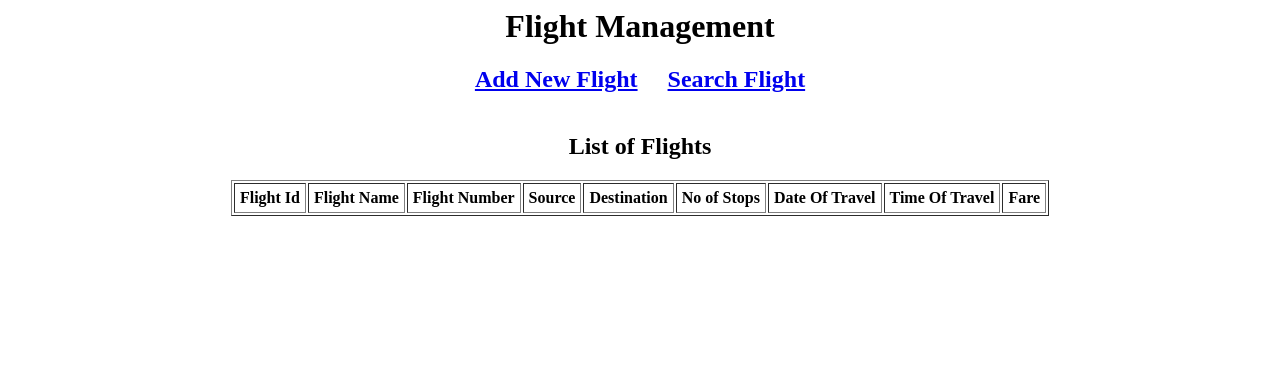
Repository: pawankas/Java_Mini_Project
Page: http://localhost/AirReservation/list
An editor plug-in stored every save of this project. The page is shown before and after the next save, followed by the edit.
The browser window is 1280 px wide. The pictures show the whole page.
The page is served by Tomcat 9. Other server files are loaded and not shown. Queries for data that is not in the repository find no rows.

Above is the page before, as saved 2022-03-17 17:22:46.

### Mini_Project_Java/AirReservation/WebContent/FlightList.jsp
<%@ page language="java" contentType="text/html; charset=UTF-8"
    pageEncoding="UTF-8"%>
<%@ taglib uri="http://java.sun.com/jsp/jstl/core" prefix="c" %>
<html>
<head>
    <title>Flight Reservation System</title>
</head>
<body>
    <center>
        <h1>Flight Management</h1>
        <h2>
            <a href="new">Add New Flight</a>
            &nbsp;&nbsp;&nbsp;

            <a href="search.jsp">Search Flight</a>

        </h2>
    </center>
    <div align="center">
        <table border="1" cellpadding="5">
            <caption><h2>List of Flights</h2></caption>
            <tr>
                <th>Flight Id</th>
                <th>Flight Name</th>
                <th>Flight Number</th>
                <th>Source</th>
                <th>Destination</th>
                <th>No of Stops</th>
                <th>Date Of Travel</th>
                <th>Time Of Travel</th>
                <th>Fare</th>
            </tr>
          <c:forEach var="flight" items="${FlightList}">

                                <tr>
                                    <td>
                                        <c:out value="${flight.flightId}" />
                                    </td>
                                    <td>
                                        <c:out value="${flight.flightName}" />
                                    </td>
                                    <td>
                                        <c:out value="${flight.flightNumber}" />
                                    </td>
                                    <td>
                                        <c:out value="${flight.source}" />
                                    </td>
                                    <td>
                                        <c:out value="${flight.destination}" />
                                    </td>
                                    <td>
                                        <c:out value="${flight.noOfStops}" />
                                    </td>
                                    <td>
                                        <c:out value="${flight.date}" />
                                    </td>
                                    <td>
                                        <c:out value="${flight.time}" />
                                    </td>
                                    <td>
                                        <c:out value="${flight.price}" />
                                    </td>
                                    <td><a href="edit?flightId=<c:out value='${flight.flightId}' />">Edit</a> &nbsp;&nbsp;&nbsp;&nbsp; <a href="delete?flightId=<c:out value='${flight.flightId}' />">Delete</a></td>
                                </tr>
                            </c:forEach>

        </table>
    </div>
</body>
</html>

### Mini_Project_Java/AirReservation/src/com/cybage/controller/FlightControllerServlet.java
package com.cybage.controller;

import java.io.IOException;
import java.io.PrintWriter;
import java.sql.Connection;
import java.sql.DriverManager;
import java.sql.ResultSet;
import java.sql.SQLException;
import java.sql.Statement;
import java.text.SimpleDateFormat;
import java.util.ArrayList;
import java.util.Date;
import java.util.List;

import javax.servlet.RequestDispatcher;
import javax.servlet.ServletException;
import javax.servlet.annotation.WebServlet;
import javax.servlet.http.HttpServlet;
import javax.servlet.http.HttpServletRequest;
import javax.servlet.http.HttpServletResponse;

import com.cybage.dao.FlightDao;
import com.cybage.model.Flight;

@WebServlet("/")
public class FlightControllerServlet extends HttpServlet {
	private static final long serialVersionUID = 1L;
	private FlightDao flightDao;

	public void init() {
		flightDao = new FlightDao();
	}

	protected void doPost(HttpServletRequest request, HttpServletResponse response)
			throws ServletException, IOException {
		doGet(request, response);
	}

	protected void doGet(HttpServletRequest request, HttpServletResponse response)
			throws ServletException, IOException {
		String action = request.getServletPath();

		try {
			switch (action) {
			case "/new":
				showNewForm(request, response);
				break;
			case "/insert":
				insertFlight(request, response);
				break;
			case "/delete":
				deleteFlight(request, response);
				break;
			case "/edit":
				showEditForm(request, response);
				break;
			case "/update":
				updateFlight(request, response);
				break;
			case "/uflist":
				userFlightList(request, response);
				break;
			case "/Search":
				searchFlightById(request, response);
				break;
			default:
				FlightList(request, response);
				break;
			}
		} catch (SQLException ex) {
			throw new ServletException(ex);
		}
	}

	private void FlightList(HttpServletRequest request, HttpServletResponse response)
			throws SQLException, IOException, ServletException {
		List<Flight> FlightList = flightDao.selectAllFlights();
		request.setAttribute("FlightList", FlightList);
		RequestDispatcher dispatcher = request.getRequestDispatcher("FlightList.jsp");
		dispatcher.forward(request, response);
	}

	private void userFlightList(HttpServletRequest request, HttpServletResponse response)
			throws SQLException, IOException, ServletException {
		List<Flight> FlightList = flightDao.selectAllFlights();
		request.setAttribute("FlightList", FlightList);
		RequestDispatcher dispatcher = request.getRequestDispatcher("userHome.jsp");
		dispatcher.forward(request, response);
	}

	private void showNewForm(HttpServletRequest request, HttpServletResponse response)
			throws ServletException, IOException {
		RequestDispatcher dispatcher = request.getRequestDispatcher("FlightForm.jsp");
		dispatcher.forward(request, response);
	}

	private void showEditForm(HttpServletRequest request, HttpServletResponse response)
			throws SQLException, ServletException, IOException {
		int flightId = Integer.parseInt(request.getParameter("flightId"));
		Flight existingFlight = flightDao.selectFlight(flightId);
		RequestDispatcher dispatcher = request.getRequestDispatcher("UpdateForm.jsp");
		request.setAttribute("flight", existingFlight);
		dispatcher.forward(request, response);

	}

	private void insertFlight(HttpServletRequest request, HttpServletResponse response)
			throws SQLException, IOException {
		String flightName = request.getParameter("flightName");
		String flightNumber = request.getParameter("flightNumber");
		String source = request.getParameter("source");
		String destination = request.getParameter("destination");
		String noOfStops = request.getParameter("noOfStops");
		String date = request.getParameter("date");
		String time = request.getParameter("time");
		double price = Double.parseDouble(request.getParameter("price"));
		Flight newFlight = new Flight(flightName, flightNumber, source, destination, noOfStops, date, time, price);
		flightDao.insertFlight(newFlight);
		response.sendRedirect("list");
	}

	private void updateFlight(HttpServletRequest request, HttpServletResponse response)
			throws IOException, SQLException {
		int flightId = Integer.parseInt(request.getParameter("flightId"));
		String flightName = request.getParameter("flightName");
		String flightNumber = request.getParameter("flightNumber");
		String source = request.getParameter("source");
		String destination = request.getParameter("destination");
		String noOfStops = request.getParameter("noOfStops");
		String date = request.getParameter("date");
		String time = request.getParameter("time");
		double price = Double.parseDouble(request.getParameter("price"));

		Flight flight = new Flight(flightId, flightName, flightNumber, source, destination, noOfStops, date, time,
				price);
		flightDao.updateFlight(flight);

		response.sendRedirect("list");
	}

	public void searchFlightById(HttpServletRequest request, HttpServletResponse response) throws IOException {
		response.setContentType("text/html");
		PrintWriter out = response.getWriter();
		Connection conn = null;
		String url = "jdbc:mysql://localhost:3306/";
		String dbName = "airlinereservationsystem";
		String driver = "com.mysql.jdbc.Driver";
		String userName = "root";
		String password = "P9637333109k@";
		Statement st = null;
		try {
			Class.forName(driver).newInstance();
			conn = DriverManager.getConnection(url + dbName, userName, password);
			System.out.println("connected!.....");
			String flightId = request.getParameter("flightId");
			System.out.println(flightId);
			ArrayList al = null;
			// Flight flight = null;
			ArrayList flightList = new ArrayList<>();
			String query = "select * from flight";
			if (flightId != null && !flightId.equals("")) {
				query = "select * from flight where flightId='" + flightId + "' ";
			}
			System.out.println("query " + query);
			st = conn.createStatement();
			ResultSet rs = st.executeQuery(query);

			while (rs.next()) {
				al = new ArrayList();
				/*
				 * Flight flight = new Flight();
				 * flight.setFlightId((Integer.parseInt(rs.getString(1))));
				 * flight.setFlightName(rs.getString(2));
				 */
				al.add(rs.getString(1));
				al.add(rs.getString(2));
				al.add(rs.getString(3));
				al.add(rs.getString(4));
				al.add(rs.getString(5));
				al.add(rs.getString(6));
				al.add(rs.getString(7));
				al.add(rs.getString(8));
				al.add(rs.getString(9));
				System.out.println("al :: " + al);
				flightList.add(al);
			}

			request.setAttribute("flightList", flightList);
			RequestDispatcher view = request.getRequestDispatcher("SearchView.jsp");
			view.forward(request, response);
			conn.close();
			System.out.println("Disconnected!");
		} catch (Exception e) {
			e.printStackTrace();
		}

	}

	private void deleteFlight(HttpServletRequest request, HttpServletResponse response)
			throws SQLException, IOException {
		System.out.println(request.getParameter("flightId"));
		try {
			int flightId = Integer.parseInt(request.getParameter("flightId"));
			flightDao.deleteFlight(flightId);

		} catch (NumberFormatException e) {
			// TODO Auto-generated catch block
			e.printStackTrace();
		}
		response.sendRedirect("list");
	}

}

After the next save:
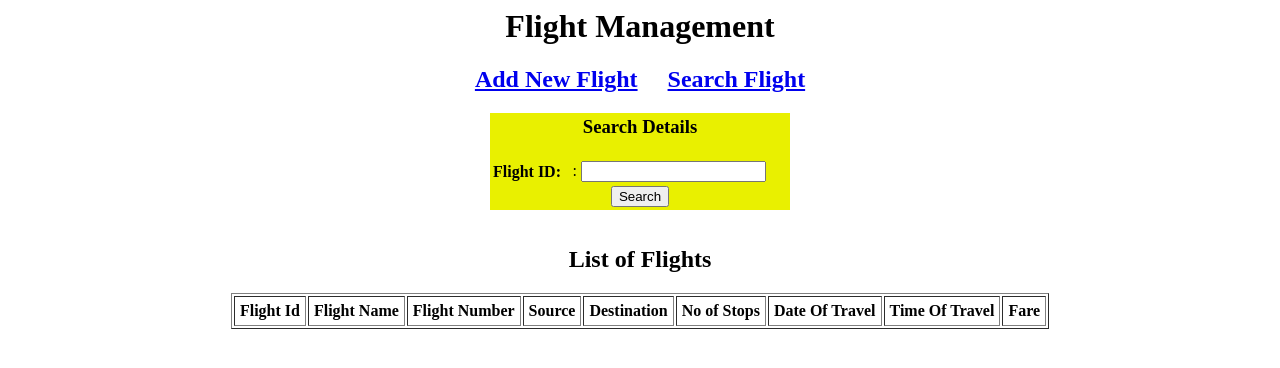
Saved 3 min 2 s later.
--- a/Mini_Project_Java/AirReservation/WebContent/FlightList.jsp
+++ b/Mini_Project_Java/AirReservation/WebContent/FlightList.jsp
@@ -17,6 +17,17 @@
         </h2>
     </center>
     <div align="center">
+    <form method="post" action="Search">
+      <table border="0" width="300" align="center" bgcolor="#e9fh">
+        <tr><td colspan=2 style="font-size:12pt;" align="center">
+        <h3>Search Details</h3></td></tr>
+        <tr><td ><b>Flight ID:</b></td>
+          <td>: <input  type="text" name="flightId" id="flightId">
+        </td></tr>
+        <tr><td colspan=2 align="center">
+        <input  type="submit" value="Search" ></td></tr>
+      </table>
+    </form>
         <table border="1" cellpadding="5">
             <caption><h2>List of Flights</h2></caption>
             <tr>
